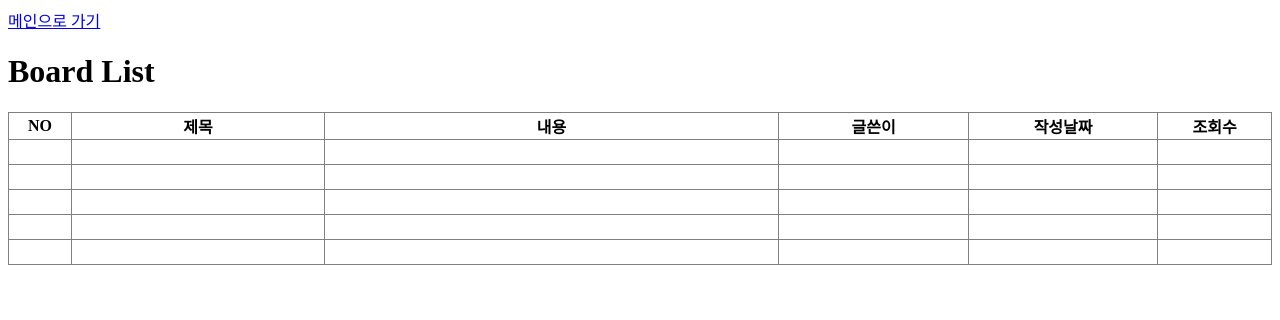
Repository: ByeonYJ/CSSTest
Page: GMSUI/WebContent/board/board_list.html
The author's editor kept a copy of each file at every save. The page is drawn from the files as they stood at one save, then again after the next save.
The browser window is 1280 px wide. The pictures show the whole page.

Above is the page before, as saved 2017-07-20 07:03:43.

After the next save:
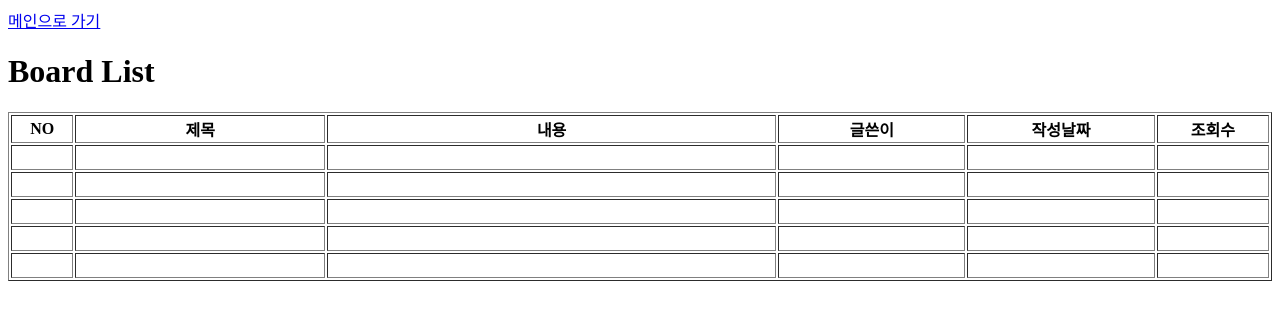
Saved 58 s later.
--- a/GMSUI/WebContent/board/board_list.html
+++ b/GMSUI/WebContent/board/board_list.html
@@ -3,10 +3,9 @@
 <head>
 <meta charset="UTF-8">
 <title>Insert title here</title>
-<style>
-@IMPORT url("css/common.css");
-</style>
+
 </head>
+<div>
 <body>
 <div id="container" class="margin-auto" style=" width: 400px">
 <a href="..index.html"class="float-right">메인으로 가기</a><br/>
@@ -63,4 +62,5 @@
 		</tr>
 	</table>
 </body>
+</div>
 </html>
